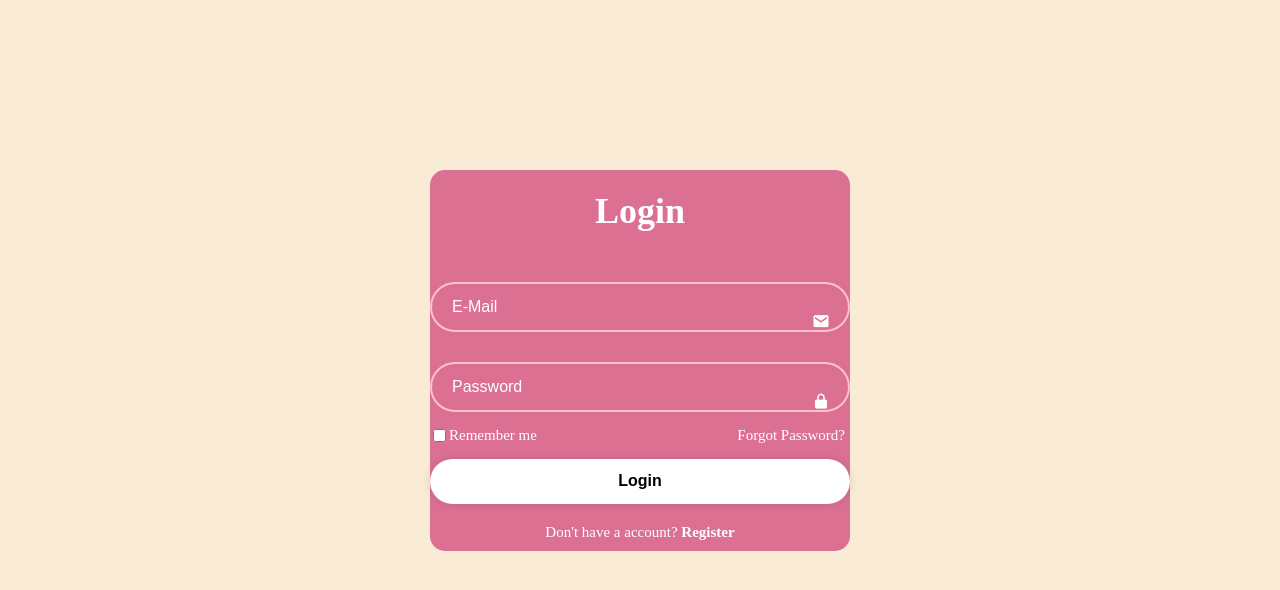
Repository: Kubraaygun/Html_Css_Login
Page: index.html
These files come from the project's save history. The page is drawn as it stood at one moment and after a run of saves; the edit follows.
The browser window is 1280 px wide. The pictures show the whole page.

Above is the page before, as saved 2025-03-05 20:41:43.

### index.html
<!DOCTYPE html>
<html lang="en">
  <head>
    <meta charset="UTF-8" />
    <meta name="viewport" content="width=device-width, initial-scale=1.0" />
    <title>HTML</title>
    <link rel="stylesheet" href="style.css" />

    <!-- Boxicons CSS -->

    <link
      href="https://unpkg.com/boxicons@2.1.4/css/boxicons.min.css"
      rel="stylesheet"
    />
  </head>

  <body>
    <div class="container">
      <form action="">
        <!-- Baslik -->
        <h1 class="login">Login</h1>

        <!-- input alanimiz -->

        <!-- surname -->
        <div class="input-box">
          <input type="email" required placeholder="E-Mail" />
          <i class="bx bxs-envelope"></i>
        </div>

        <!-- Password -->
        <div class="input-box">
          <input type="password" required placeholder="Password" />
          <i class="bx bxs-lock-alt"></i>
        </div>

        <!-- Remember me Alani -->
        <div class="remember-me">
          <label>
            <input class="checkbox" type="checkbox" />Remember
            <span>&nbsp;</span>me
          </label>
          <a class="forgotPassword" href="">Forgot Password?</a>
        </div>

        <!-- Button -->
        <button type="submit" class="button">Login</button>

        <!-- Register Link -->
        <div class="register-link">
          <p>
            Don't have a account? <a class="registerlink" href="#"> Register</a>
          </p>
        </div>
      </form>
    </div>
  </body>
</html>

### style.css
* {
  margin: 0;
  padding: 0;
  box-sizing: border-box;
}

body {
  display: flex;
  justify-content: center;
  align-items: center;
  min-height: 100vh; /* vh: Tarayici penceresinin yuksekligine gore yuzde olarak boyut belirler. 1vh pencere yuksekliginin %1ine esittir */
  background-color: antiquewhite;
}

.container {
  width: 420px;
  background-color: palevioletred;
  color: white;
  border-radius: 15px;
}

.login {
  font-size: 36px;
  text-align: center;
  padding: 20px 0;
}
.input-box {
  position: relative;
  width: 100%;
  height: 50px;
  margin: 30px 0;
}

input {
  width: 100%;
  height: 100%;
  background-color: transparent;
  border: none;
  outline: none;
  border: 2px solid pink;
  border-radius: 30px;
  font-size: 16px;
  color: purple;
  padding: 20px;
}
input:hover {
  background-color: pink;
}
input::placeholder {
  color: #fff;
}
i {
  position: absolute;
  right: 20px;
  top: 30px;
  font-size: 18px;
}

.remember-me {
  display: flex;
  justify-content: space-between;
  font-size: 15px;
  margin: -15px 0 15px;
}

label {
  display: flex;
  align-items: center;
}

.checkbox {
  accent-color: purple;
  margin: 0 3px 0 3px;
}
.forgotPassword {
  color: #fff;
  text-decoration: none;
  margin-right: 5px;
}

.forgotPassword:hover {
  text-decoration: underline;
}

.button {
  width: 100%;
  height: 45px;
  background-color: #fff;
  border: none;
  outline: none;
  border-radius: 40px;
  box-shadow: 0 0 10px rgba(0, 0, 0, 0.12);
  cursor: pointer;
  font-size: 16px;
  font-weight: 600;
}

.register-link {
  font-size: 15px;
  text-align: center;
  margin: 20px 0 10px 0;
}

.registerlink {
  color: #fff;
  text-decoration: none;
  font-weight: 600;
}

.registerlink:hover {
  text-decoration: underline;
}

After the next 2 saves:
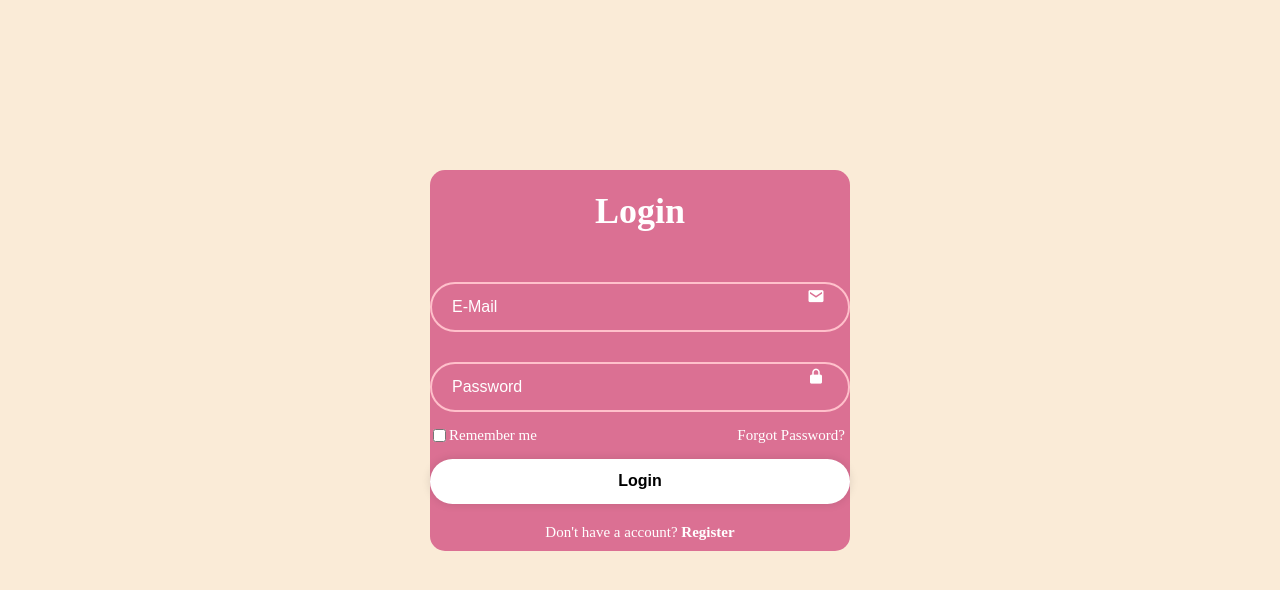
The 2 saves are shown as one change because they came seconds apart.
The last was saved 9 s later.
--- a/style.css
+++ b/style.css
@@ -52,7 +52,7 @@ input::placeholder {
 i {
   position: absolute;
   right: 20px;
-  top: 30px;
+  margin: 5px;
   font-size: 18px;
 }
 
